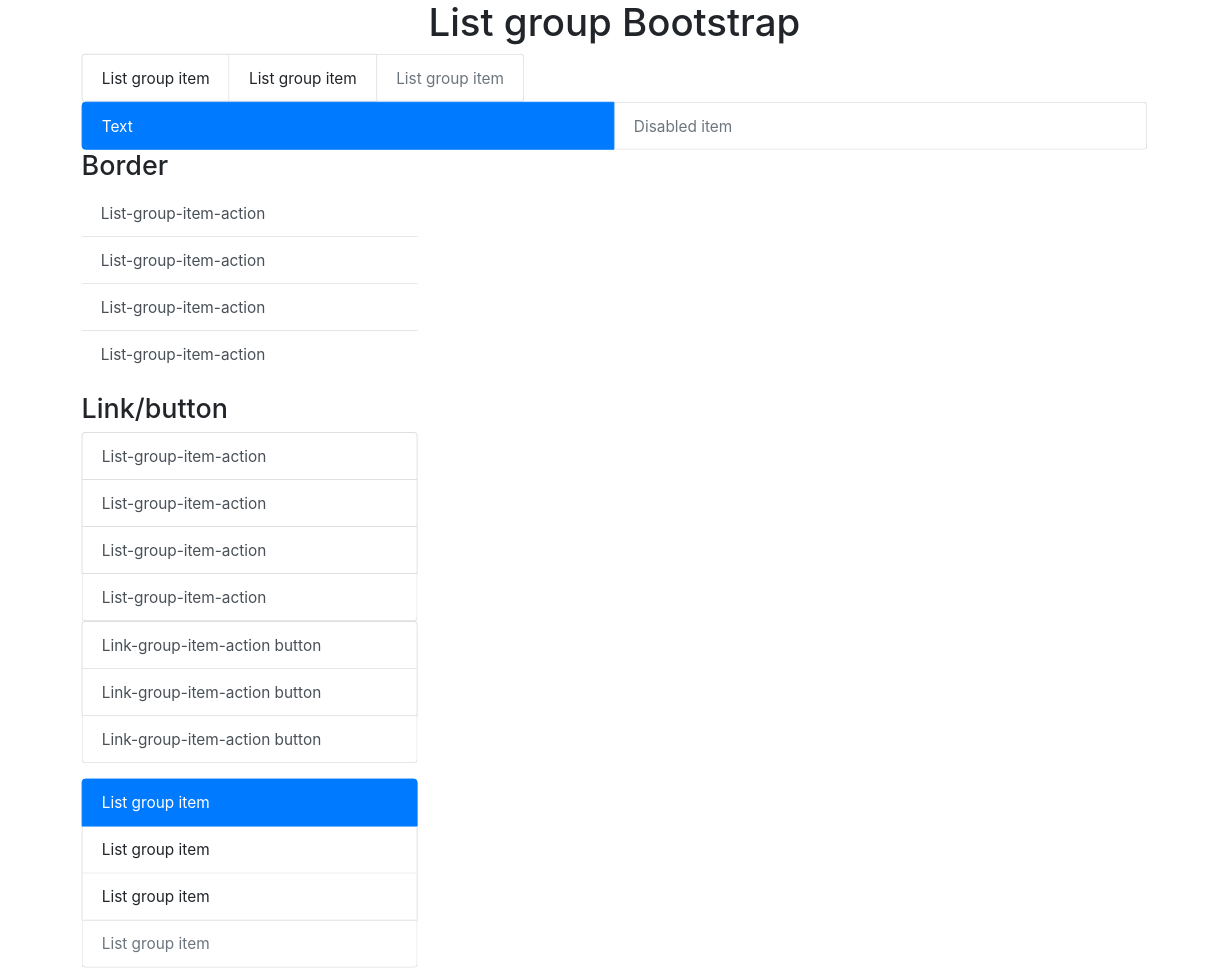
Repository: anhtu2110/front_end
Page: lesson/bootstrap/advance/5.20.list_group.html
The author's editor kept a copy of each file at every save. The page is drawn from the files as they stood at one save, then again after the next save.
The browser window is 1280 px wide. The pictures show the whole page, at 96% of full size.

Above is the page before, as saved 2022-12-18 17:51:42.

After the next save:
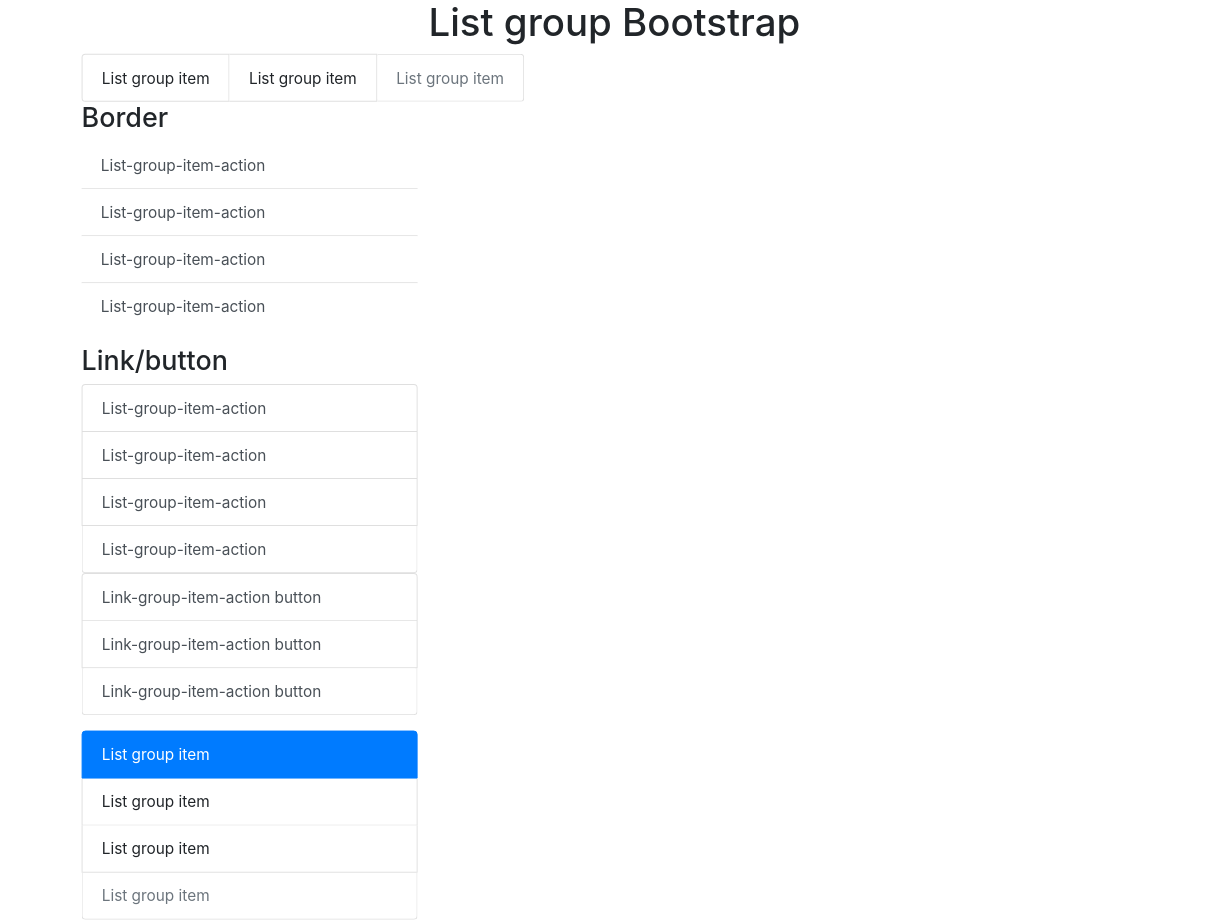
Saved 15 s later.
--- a/lesson/bootstrap/advance/5.20.list_group.html
+++ b/lesson/bootstrap/advance/5.20.list_group.html
@@ -18,11 +18,6 @@
                     <li class="list-group-item">List group item</li>
                     <li class="list-group-item">List group item</li>
                     <li class="list-group-item disabled">List group item</li>
-                </ul>
-                <ul class="list-group list-group-horizontal">
-                    <a class="list-group-item list-group-item-action active" href="#">Text</a>
-                    <a class="list-group-item list-group-item-action disabled" href="#" tabindex="-1"
-                        aria-disabled="true">Disabled item</a>
                 </ul>
                 <div class="row">
                     <div class="col-md-4">
